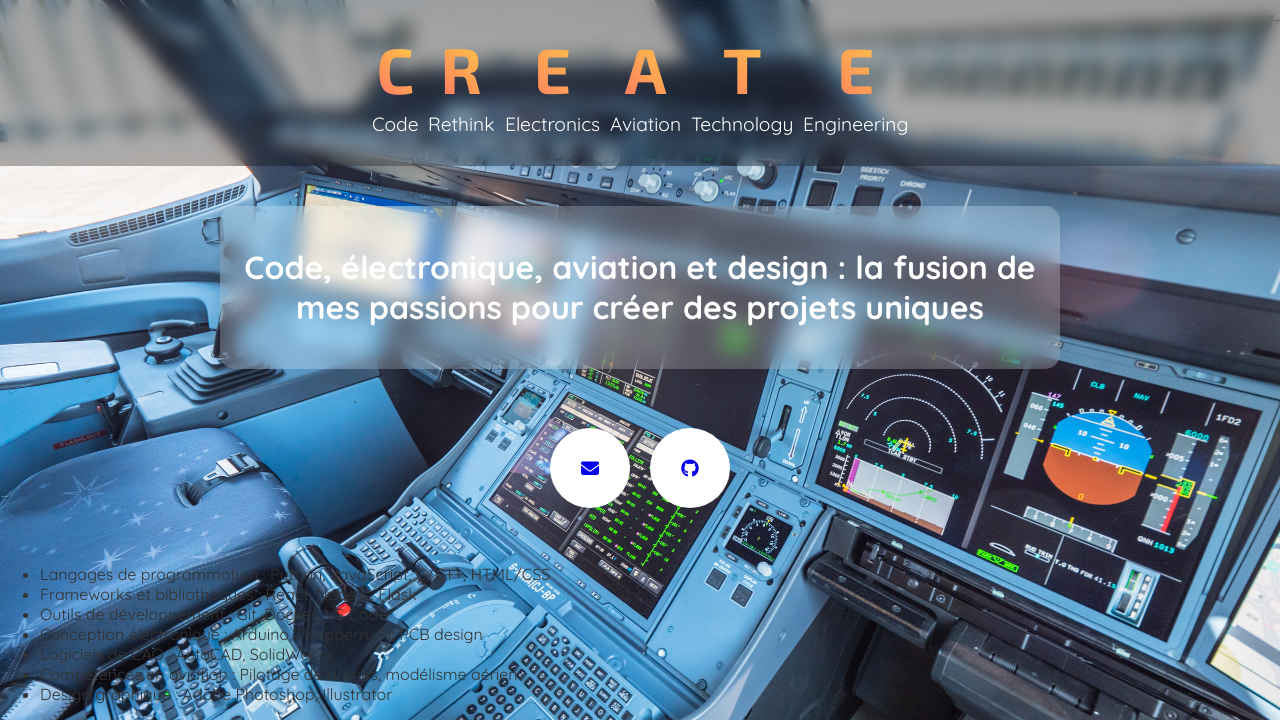
Repository: nlagardere/myportfolio
Page: index.html
These files come from the project's save history. The page is drawn as it stood at one moment and after the next save; the edit follows.
The browser window is 1280 px wide. The pictures show the whole page.

Above is the page before, as saved 2025-09-06 10:04:57.

After the next save:
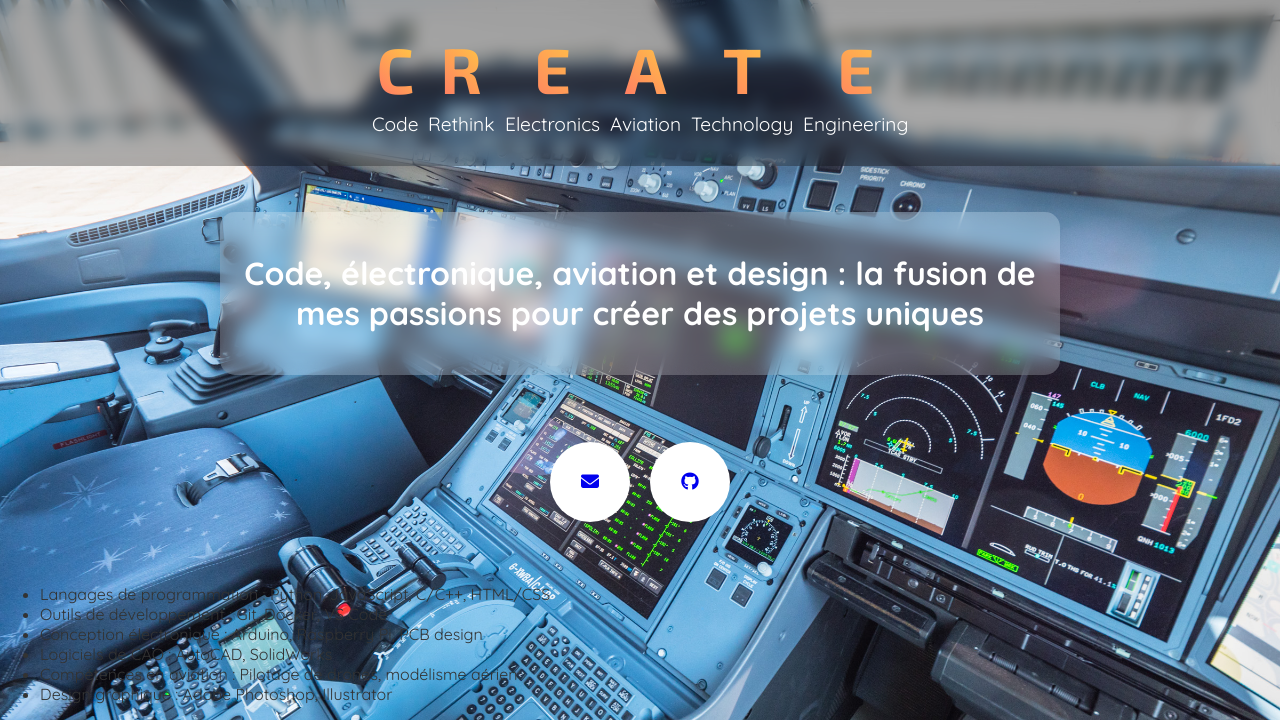
Saved 5 s later.
--- a/index.html
+++ b/index.html
@@ -234,7 +234,6 @@
   <div class="compétences">
     <ul>
       <li>Langages de programmation : Python, JavaScript, C/C++, HTML/CSS</li>
-      <li>Frameworks et bibliothèques : React, Node.js, Flask</li>
       <li>Outils de développement : Git, Docker, VS Code</li>
       <li>Conception électronique : Arduino, Raspberry Pi, PCB design</li>
       <li>Logiciels de CAO : AutoCAD, SolidWorks</li>
